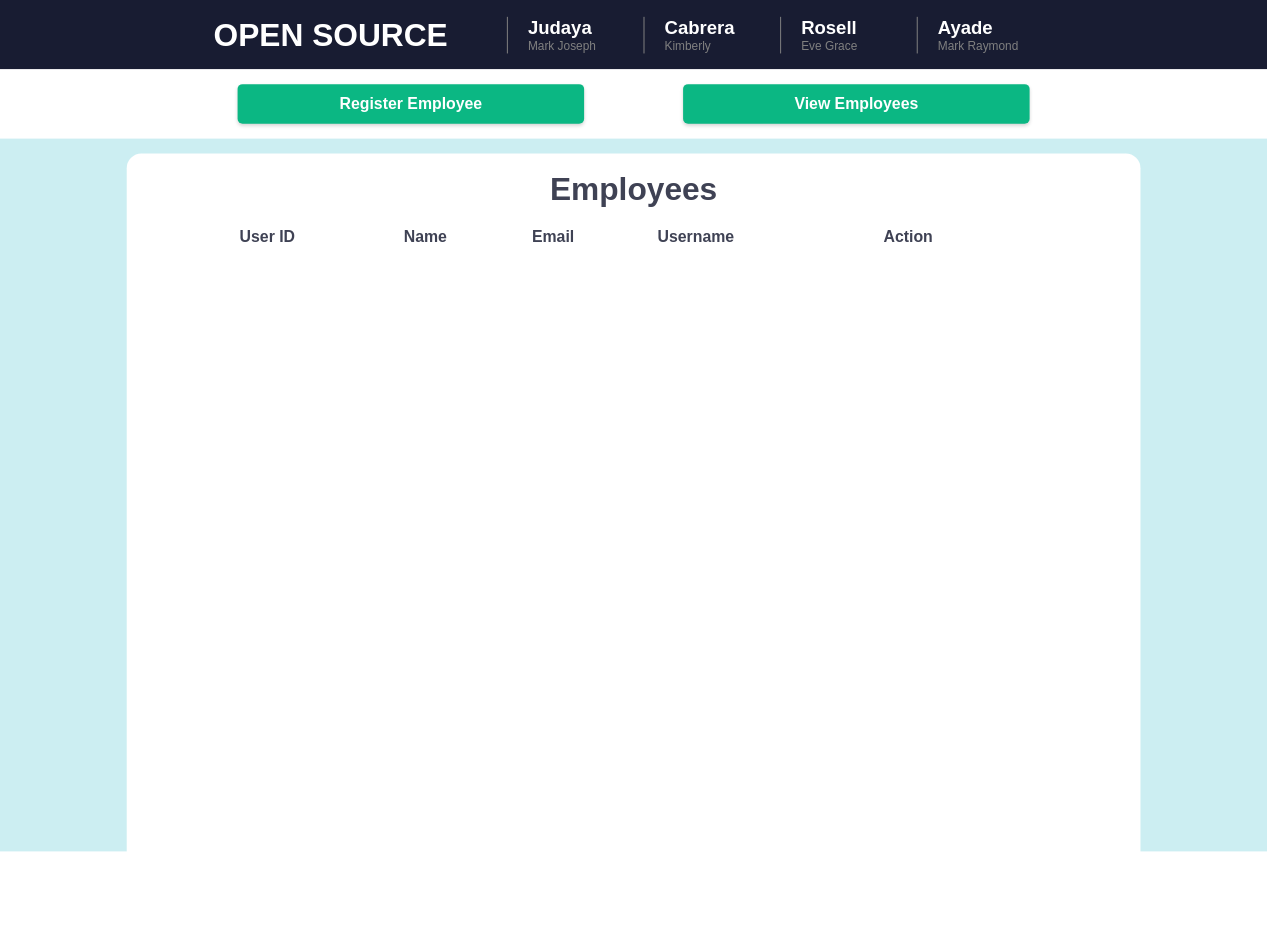
Repository: azkalonz/Int-Prog-2
Page: http://localhost/Int_Prog_2/employee?page=view
The author's editor kept a copy of each file at every save. The page is drawn from the files as they stood at one save, then again after the next save.
The browser window is 1280 px wide. The pictures show the whole page, at 99% of full size.
The page is served by Tomcat 9. Other server files are loaded and not shown. Queries for data that is not in the repository find no rows.

Above is the page before, as saved 2021-03-02 11:53:49.

### Int Prog 2/WebContent/WEB-INF/views/employees.jsp
<%@taglib prefix="c" uri="http://java.sun.com/jsp/jstl/core"%>

<jsp:include page="/WEB-INF/layout/header.jsp" />

<div class="tableCon">
            <h1>Employees</h1>
            <br>
            <table id="theTable">
                <thead>
                    <tr>
                        <th>User ID</th>
                        <th>Name</th>
                        <th>Email</th>
                        <th>Username</th>
                        <th>Action</th>
                    </tr>
                </thead>
                <tbody>
                    <c:forEach items="${employees}" var="employee">
					    <tr>
					        <td>${employee.employeeID}</td>
					        <td>${employee.firstname} ${employee.lastname}</td>
					        <td>${employee.email}</td>
					        <td>${employee.username}</td>
					        <td>
					        	<a class="button-link" href="${request.getContextPath()}?id=${employee.employeeID}">
					        		View
					        	</a>
					        	<a class="button-link" href="<%=request.getContextPath() %>/delete?id=${employee.employeeID}">
					        		Delete
					        	</a>
					        </td>
					    </tr>
					</c:forEach>
                </tbody>
            </table>
        </div>

<jsp:include page="/WEB-INF/layout/footer.jsp" />

### Int Prog 2/WebContent/WEB-INF/layout/header.jsp
<%@ page language="java" contentType="text/html; charset=ISO-8859-1"
	pageEncoding="ISO-8859-1"%>
<!DOCTYPE html>
<html>
<head>
<meta charset="ISO-8859-1">
<title>Employee</title>
<link rel="stylesheet" href="<%=request.getContextPath()%>/css/style.css"/>
</head>
<body>
<header>
        <div class="container">
            <h1>OPEN SOURCE</h1>
            <div class="namesCon">
                <div class="names">
                    <h3>Judaya</h3>
                    <span>Mark Joseph</span>
                </div>
                <div class="names">
                    <h3>Cabrera</h3>
                    <span>Kimberly</span>
                </div>
                <div class="names">
                    <h3>Rosell</h3>
                    <span>Eve Grace</span>
                </div>
                <div class="names">
                    <h3>Ayade</h3>
                    <span>Mark Raymond</span>
                </div>
            </div>
        </div>
    </header>
    <div class="navCon">
        <div class="container">
            <a class="button" href="<%=request.getContextPath()%>/register">Register Employee</a>
            <a class="button" href="<%=request.getContextPath()%>/employee">View Employees</a>
        </div>
    </div>

    <div class="thecontent">

### Int Prog 2/src/com/intprog/controller/EmployeeServlet.java
package com.intprog.controller;

import java.io.IOException;
import java.util.ArrayList;

import javax.servlet.ServletException;
import javax.servlet.annotation.WebServlet;
import javax.servlet.http.HttpServlet;
import javax.servlet.http.HttpServletRequest;
import javax.servlet.http.HttpServletResponse;

import com.intprog.dao.EmployeeDAO;
import com.intprog.model.Employee;

/**
 * Servlet implementation class EmployeeServlet
 */
@WebServlet("/employee")
public class EmployeeServlet extends HttpServlet {
	private static final long serialVersionUID = 1L;
	EmployeeDAO employeeDAO = new EmployeeDAO();

    /**
     * @see HttpServlet#HttpServlet()
     */
    public EmployeeServlet() {
        super();
        // TODO Auto-generated constructor stub
    }

	/**
	 * @see HttpServlet#doGet(HttpServletRequest request, HttpServletResponse response)
	 */
	protected void doGet(HttpServletRequest request, HttpServletResponse response) throws ServletException, IOException  {
		// TODO Auto-generated method stub
		String id = request.getParameter("id");
		ArrayList<Employee> employees = new ArrayList<Employee>();
		Employee emp = new Employee();
		try {
			emp = employeeDAO.selectEmployee(Integer.parseInt(id));
			getServletContext().setAttribute("employee", emp);
			getServletContext().getRequestDispatcher("/WEB-INF/views/employee.jsp").forward(request, response);
		} catch(Exception e) {

		}
		try {
			employees = employeeDAO.allEmployee();
			getServletContext().setAttribute("employees", employees);
			getServletContext().getRequestDispatcher("/WEB-INF/views/employees.jsp").forward(request, response);
		}catch(Exception e) {
		}
	}

	/**
	 * @see HttpServlet#doPost(HttpServletRequest request, HttpServletResponse response)
	 */
	protected void doPost(HttpServletRequest request, HttpServletResponse response) throws ServletException, IOException {
		// TODO Auto-generated method stub
		doGet(request, response);
	}

}

### Int Prog 2/src/com/intprog/model/Employee.java
package com.intprog.model;

public class Employee {
	private String firstname,lastname,email,username,password,mi;
	public int employeeID;

	public int getEmployeeID() {
		return employeeID;
	}

	public void setEmployeeID(int employeeID) {
		this.employeeID = employeeID;
	}

	public String getFirstname() {
		return firstname;
	}

	public void setFirstname(String firstname) {
		this.firstname = firstname;
	}

	public String getLastname() {
		return lastname;
	}

	public void setLastname(String lastname) {
		this.lastname = lastname;
	}

	public String getEmail() {
		return email;
	}

	public void setEmail(String email) {
		this.email = email;
	}

	public String getUsername() {
		return username;
	}

	public void setUsername(String username) {
		this.username = username;
	}

	public String getPassword() {
		return password;
	}

	public void setPassword(String password) {
		this.password = password;
	}

	public String getMi() {
		return mi;
	}

	public void setMi(String mi) {
		this.mi = mi;
	}



}

### Int Prog 2/WebContent/css/style.css
* {
  margin: 0;
  padding: 0;
  box-sizing: border-box;
  font-family: "Poppins", sans-serif;
  color: rgb(63, 66, 84);
}

header {
  width: 100%;
  height: 70px;
  background: rgb(24, 28, 50);
  display: flex;
  align-items: center;
  justify-content: center;
}

header .container {
  width: 1024px;
  display: flex;
  justify-content: center;
}

header .container h1 {
  color: white;
  margin-right: 20px;
}

header .container .namesCon {
  display: flex;
  margin-left: 40px;
}

.container .namesCon .names {
  width: 130px;
  display: flex;
  flex-direction: column;
  margin-right: 8px;
  border-left: 1px solid gray;
  padding-left: 20px;
}

.namesCon .names h3 {
  color: white;
}

.namesCon .names span {
  font-size: 12px;
  color: gray;
}

.navCon {
  width: 100%;
  height: 70px;
  background: white;
  display: flex;
  align-items: center;
  justify-content: center;
  padding: 20px 0;
}

.navCon .container {
  width: 1024px;
  display: flex;
  align-items: center;
  justify-content: center;
}

.navCon .container .button {
  width: 350px;
  height: 40px;
  margin: 0 50px;
  cursor: pointer;
  border: none;
  border-radius: 5px;
  background: rgb(11, 183, 131);
  font-weight: bold;
  box-shadow: 0 2px 4px lightgray;
  display: flex;
  justify-content: center;
  align-items: center;
}

.navCon .container .button {
  text-decoration: none;
  color: white;
}

.thecontent {
  width: 100%;
  height: 100vh;
  display: flex;
  justify-content: center;
  padding: 15px 0;
  background: rgb(204, 238, 242);
}

.formCon {
  display: flex;
  align-items: center;
  justify-content: center;
  width: 1024px;
  height: 700px;
  background: white;
  padding-top: 15px;
  border-radius: 15px;
}
.inputCon {
  width: 370px;
  height: 80px;
  display: flex;
  flex-direction: column;
}

.inputCon span {
  margin-right: 10px;
  font-size: 15px;
}

.inputCon input {
  height: 40px;
  padding-left: 7px;
  border: 1px solid gray;
  border-radius: 5px;
}

.formCon button {
  width: 200px;
  height: 70px;
  float: right;
  border: none;
  border-radius: 4px;
  background: rgb(11, 183, 131);
  color: white;
  font-weight: bold;
  box-shadow: 0 2px 4px lightgray;
}

.thecontent .tableCon {
  background: white;
  width: 1024px;
  height: 800px;
  display: flex;
  justify-content: flex-start;
  padding-top: 18px;
  align-items: center;
  flex-direction: column;
  border-radius: 15px;
}

.tableCon table {
  width: 800px;
}

.tableCon table th {
  text-align: left;
}

.view-employee-table tr td:first-of-type{
	font-weight: bold;
	width: 200px;
	max-width: 200px;
}

table tr td {
	padding: 7px 13px;
}

Loaded but not shown: Int Prog 2/WebContent/WEB-INF/layout/footer.jsp (common file)

After the next save:
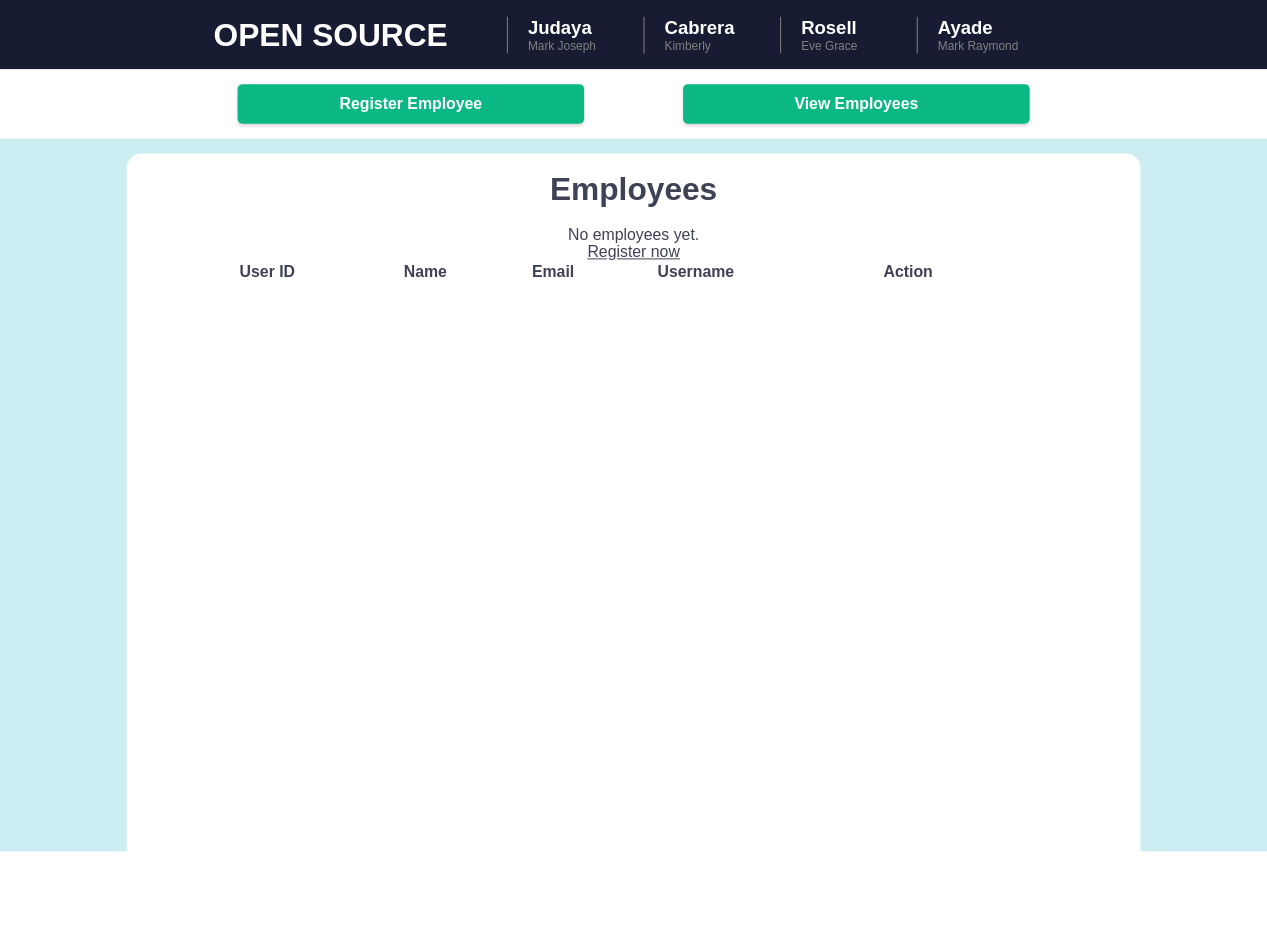
Saved 2 min 9 s later.
--- a/Int Prog 2/WebContent/WEB-INF/views/employees.jsp
+++ b/Int Prog 2/WebContent/WEB-INF/views/employees.jsp
@@ -5,6 +5,9 @@
 <div class="tableCon">
             <h1>Employees</h1>
             <br>
+            <c:if test="${empty var1}">
+			    No employees yet. <a href="">Register now</a>
+			</c:if>
             <table id="theTable">
                 <thead>
                     <tr>
@@ -23,7 +26,7 @@
 					        <td>${employee.email}</td>
 					        <td>${employee.username}</td>
 					        <td>
-					        	<a class="button-link" href="${request.getContextPath()}?id=${employee.employeeID}">
+					        	<a class="button-link" href="?id=${employee.employeeID}">
 					        		View
 					        	</a>
 					        	<a class="button-link" href="<%=request.getContextPath() %>/delete?id=${employee.employeeID}">
